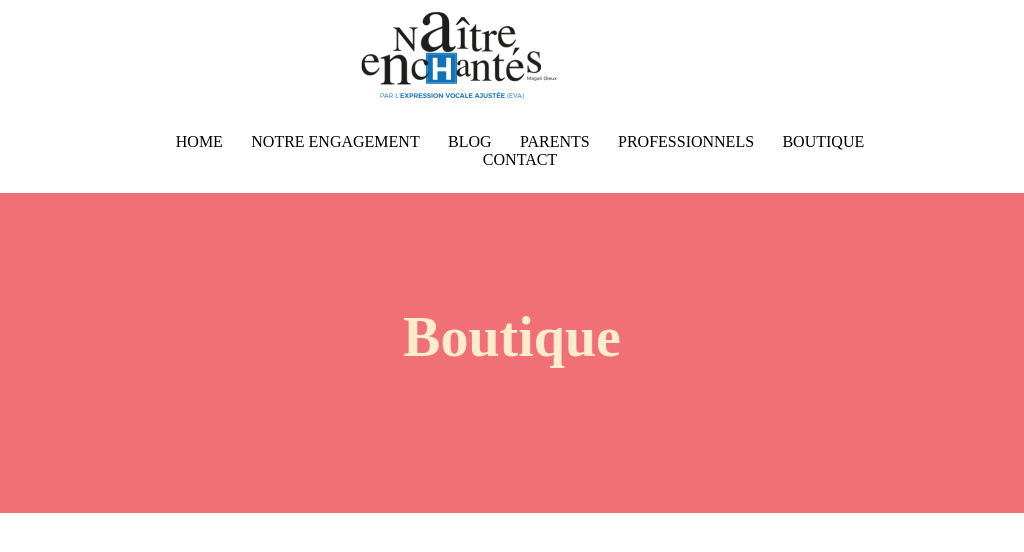
Repository: Khadija-Asa/naitre-enchantes
Page: header.html
These files come from the project's save history. The page is drawn as it stood at one moment and after the next save; the edit follows.
The browser window is 1024 px wide. The pictures show the whole page.

Above is the page before, as saved 2020-11-24 16:53:33.

After the next save:
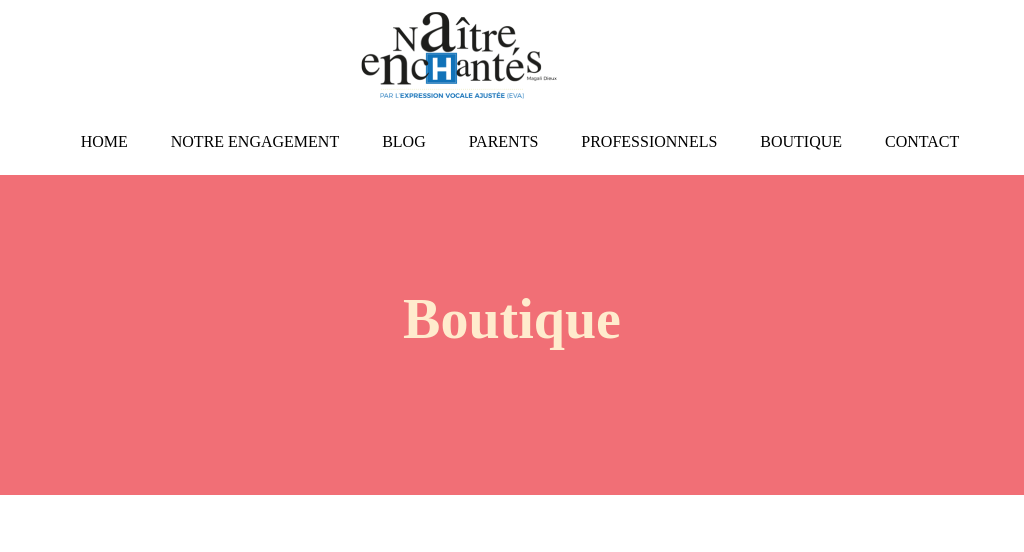
Saved 10 s later.
--- a/header.css
+++ b/header.css
@@ -50,7 +50,7 @@
         align-items: center;
         flex-wrap: wrap;
         text-align: left;
-        margin: 1.5em 15%;
+        margin: 1.5em 5%;
         text-transform: uppercase;
 
     }
